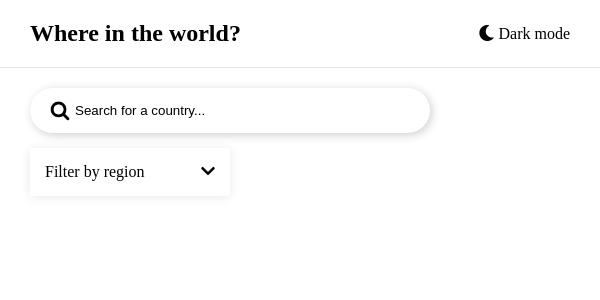
Repository: Eugene44-hub/countryProj
Page: index.html
The author's editor kept a copy of each file at every save. The page is drawn from the files as they stood at one save, then again after the next save.
The browser window is 600 px wide. The pictures show the whole page.
The page's requests for data from a server got no answer.

Above is the page before, as saved 2021-10-10 21:13:36.

### index.html
<!DOCTYPE html>
<html lang="en">

<head>
    <link rel="stylesheet" href="css/all.css">
    <link rel="stylesheet" href="style.css">
    <meta charset="UTF-8">
    <meta http-equiv="X-UA-Compatible" content="IE=edge">
    <meta name="viewport" content="width=device-width, initial-scale=1.0">
    <title>Document</title>
</head>
<div class="header-container">
    <header>
        <h2>Where in the world?</h2>
        <div class="mode"><i class="fas fa-moon"></i> Dark mode</div>
    </header>

</div>

<body>
    <div class="container">
        <div class="search-filter">
            <label for="search">
                     <input type="text" placeholder="Search for a country..." id="search">
            </label>



            <div class="select">
                <div class="default-text">Filter by region <i class="fas fa-chevron-down"></i>
                </div>
                <ul>
                    <li id="asia">Asia</li>
                    <li id='europe'>Europe</li>
                    <li id="africa">Africa</li>
                    <li id="oceania">Oceania</li>
                    <li id="america">America</li>
                </ul>
            </div>

        </div>
        <div class="country-container">

            <div class="countries">


            </div>
        </div>
    </div>

</body>

<script src="data.js"></script>
<script src="app.js"></script>
<script src="UI.js"></script>

</html>

### style.css
* {
    padding: 0;
    margin: 0;
    box-sizing: border-box;
}

.container {
    width: 80%;
    margin: auto;
}

.countries {
    display: flex;
    flex-wrap: wrap;
    justify-content: space-between;
    margin: auto;
}

img {
    width: 100%;
    height: 150px;
    border-bottom-left-radius: 0px;
    border-bottom-right-radius: 0px;
    border-top-right-radius: 5px;
    border-top-left-radius: 5px;
}

.country {
    width: 265px;
    margin: 20px 0;
    border-radius: 10px;
}

.about-country {
    padding: 0px 20px;
    line-height: 2;
    margin-bottom: 20px;
}

h3 {
    font-size: small
}

.country {
    box-shadow: 2px 4px 15px rgb(235, 235, 235), -2px 0px 15px rgb(235, 235, 235);
}

#name {
    font-weight: bold;
    line-height: 5;
    font-size: 16px
}

span {
    font-weight: bold;
}

#population,
#region,
#capital {
    font-size: 14px;
}

header {
    display: flex;
    justify-content: space-between;
    width: 80%;
    margin: 20px auto;
    align-items: center;
}

.header-container {
    border-bottom: 1px solid rgb(230, 226, 226);
}

input {
    padding: 15px;
    width: 300px;
    border-radius: 50px;
}

.search-filter {
    display: flex;
    flex-wrap: wrap;
    flex: 100%;
    justify-content: space-between;
    margin: 20px 0;
}

ul {
    list-style: none;
    position: absolute;
    background-color: white;
    box-shadow: 1px 4px 10px rgb(184, 178, 178);
    display: none;
    margin: 0 0;
    border-radius: 0 0px 5px 5px;
}

@keyframes margin {
    from {
        margin: 0;
        opacity: 0;
    }
    to {
        margin: 10px 0;
        opacity: 1;
    }
}

.select:hover ul {
    display: block;
    cursor: pointer;
    animation: margin .2s;
    margin: 1px 0;
}

li:hover {
    background-color: rgb(111, 111, 247);
    color: white;
    transition: all .5s;
}

.select {
    background-color: white;
    box-shadow: 0px 1px 10px rgb(235, 233, 233);
}

li,
.default-text {
    padding: 15px;
    position: relative;
    cursor: pointer;
    width: 200px;
}

.fa-chevron-down {
    float: right;
}

::placeholder {
    color: black;
    padding-left: 30px;
}

#search {
    background-image: url('search\ icon.png');
    background-size: 20px;
    background-repeat: no-repeat;
    background-position-y: center;
    background-position-x: 20px;
    border: none;
    outline: none;
    box-shadow: 2px 2px 10px rgb(209, 207, 207);
    width: 400px;
}

#search:focus {
    background-image: none;
}

@media screen and (max-width:720px) {
    .countries {
        justify-content: center;
    }
    .select {
        margin: 15px 0;
    }
    header {
        width: 90%;
    }
    .container {
        width: 90%;
    }
}


/*

#europe {
    line-height: 6;
}

#africa {
    line-height: 11;
}

#oceania {
    line-height: 16;
}

#america {
    line-height: 21;
} */


/* # Front-end Style Guide

## Layout

The designs were created to the following widths:

- Mobile: 375px
- Desktop: 1440px

## Colors

### Neutral

- Dark Blue (Dark Mode Elements): hsl(209, 23%, 22%)
- Very Dark Blue (Dark Mode Background): hsl(207, 26%, 17%)
- Very Dark Blue (Light Mode Text): hsl(200, 15%, 8%)
- Dark Gray (Light Mode Input): hsl(0, 0%, 52%)
- Very Light Gray (Light Mode Background): hsl(0, 0%, 98%)
- White (Dark Mode Text & Light Mode Elements): hsl(0, 0%, 100%)

## Typography

### Body Copy

- Homepage Items: 14px
- Detail Page: 16px

### Fonts

- Family: [Nunito Sans](https://fonts.google.com/specimen/Nunito+Sans)
- Weights: 300, 600, 800

## Icons

For the icons, you can use a font icon library. Don't worry if the icons that you choose don't look exactly like they do on the design.

Some suggestions can be found below:

- [Font Awesome](https://fontawesome.com)
- [IcoMoon](https://icomoon.io)
- [Ionicons](https://ionicons.com) */


/*
com) - [IcoMoon](https: //icomoon.io)
- [Ionicons](https: //ionicons.com) */

### data.js
const url = 'https://restcountries.com/v3.1/all';

class Country {
    getCountries = async function() {
        const response = await fetch(url);
        const data = await response.json();

        return {
            data
        }
    }
}

### app.js
const country = new Country;
const search = document.querySelector('#search');
country.getCountries()
    .then(data => {
        const ui = new UI(data.data)
        ui.display();
        console.log(data.data[1].name.common)

    })

search.addEventListener('input', e => {
    UI.searchDisplay(search)
    console.log(search)
})

### UI.js
class UI {
    constructor(country) {
        this.country = country;
    }

    display() {
        let countries = document.querySelector('.countries');
        let output = '';
        let zero = 0;
        for (let i = 0; i < this.country.length; i++) {


            if (this.country[i].capital === undefined) {
                output += `
              <div class="country">
              <div class="image">
             <img src=${this.country[i].flags.png}>
              </div>
              <div class="about-country">
              <p id=name>${this.country[i].name.common}</p>
              <p id="population">Population: ${this.country[i].population}</p>
                  <p id="region">Region: ${this.country[i].region}</p>
                  <p id="capital">Capital: No capital</p>
              </div>
          </div>`
            } else {
                output += `
              <div class="country">
              <div class="image">
             <img src=${this.country[i].flags.png}>
              </div>
              <div class="about-country">
              <p id=name>${this.country[i].name.common}</p>
                  <p id="population"><span>Population</span>: ${this.country[i].population}</p>

                  <p id="region"><span>Region</span>: ${this.country[i].region}</p>

                  <p id="capital"><span>Capital</span>: ${this.country[i].capital[0]}</p>
              </div>
          </div>`
            }
        }
        countries.innerHTML = output
    }
    static searchDisplay(input) {
        if (input.value !== '') {
            input.style.backgroundImage = 'none';
        } else {
            input.style.backgroundImage = `url('search\ icon.png')`;
        }
    }
}



/*  */

Loaded but not shown: css/all.css (library)

After the next save:
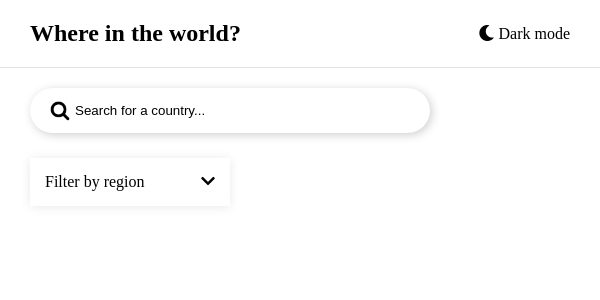
Saved 9 s later.
--- a/style.css
+++ b/style.css
@@ -164,7 +164,7 @@ li,
         justify-content: center;
     }
     .select {
-        margin: 15px 0;
+        margin: 25px 0;
     }
     header {
         width: 90%;
